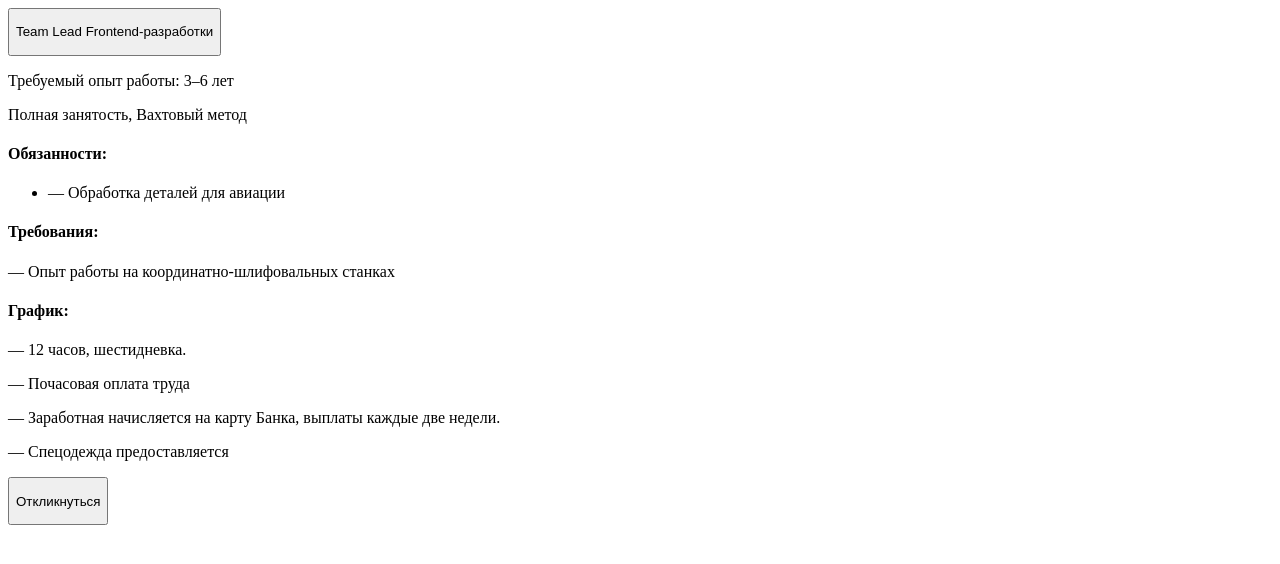
Repository: the-ASAP/AsapVerstka
Page: src/components/accordion.html
These files come from the project's save history. The page is drawn as it stood at one moment and after the next save; the edit follows.
The browser window is 1280 px wide. The pictures show the whole page.

Above is the page before, as saved 2021-07-27 17:05:12.

After the next save:
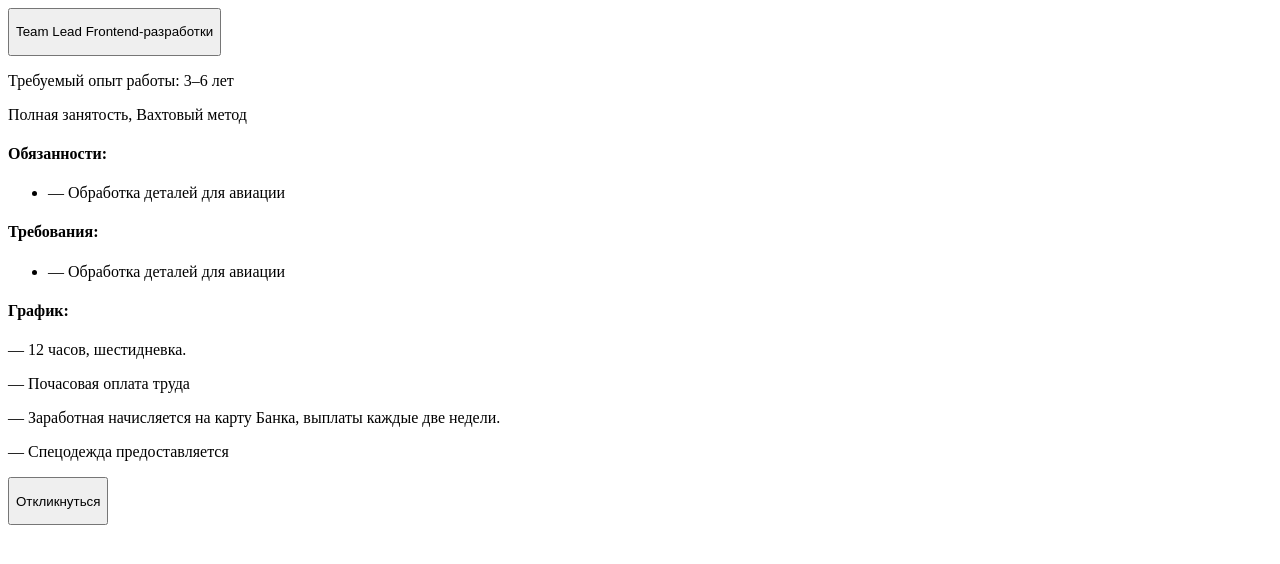
Saved 73 s later.
--- a/src/components/accordion.html
+++ b/src/components/accordion.html
@@ -15,7 +15,11 @@
             </li>
         </ul>
         <h4 class="accordion__subtitle">Требования:</h4>
-        <p class="accordion__info__secondText__desc">— Опыт работы на координатно-шлифовальных станках</p>
+        <ul class="accordion__list">
+            <li>
+                — Обработка деталей для авиации
+            </li>
+        </ul>
         <h4 class="accordion__subtitle">График:</h4>
         <p class="accordion__info__secondText__desc">— 12 часов, шестидневка.</p>
         <p class="accordion__info__secondText__desc">— Почасовая оплата труда</p>
